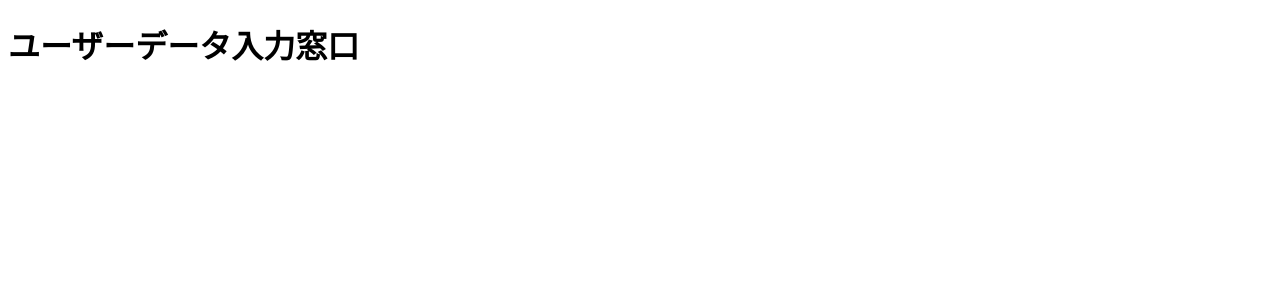
Repository: isopets/next-market
Page: form2.html
These files come from the project's save history. The page is drawn as it stood at one moment and after a run of saves; the edit follows.
The browser window is 1280 px wide. The pictures show the whole page.

Above is the page before, as saved 2022-06-08 00:47:49.

### form2.html
<!DOCTYPE html>
<html lang="en">

<head>
    <meta charset="UTF-8">
    <meta http-equiv="X-UA-Compatible" content="IE=edge">
    <meta name="viewport" content="width=device-width, initial-scale=1.0">
    <title>Document</title>
</head>

<body>
    <h1>ユーザーデータ入力窓口</h1>
    <form action="http://localhost:3000/api/user/register" method="POST">

    </form>
</body>

</html>

After the next 2 saves:
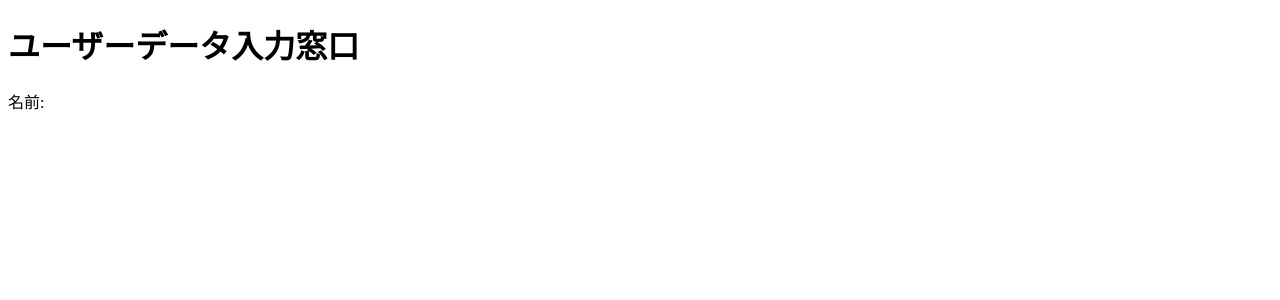
The 2 saves are shown as one change because they came seconds apart.
The last was saved 6 s later.
--- a/form2.html
+++ b/form2.html
@@ -11,7 +11,7 @@
 <body>
     <h1>ユーザーデータ入力窓口</h1>
     <form action="http://localhost:3000/api/user/register" method="POST">
-
+        名前:
     </form>
 </body>
 
